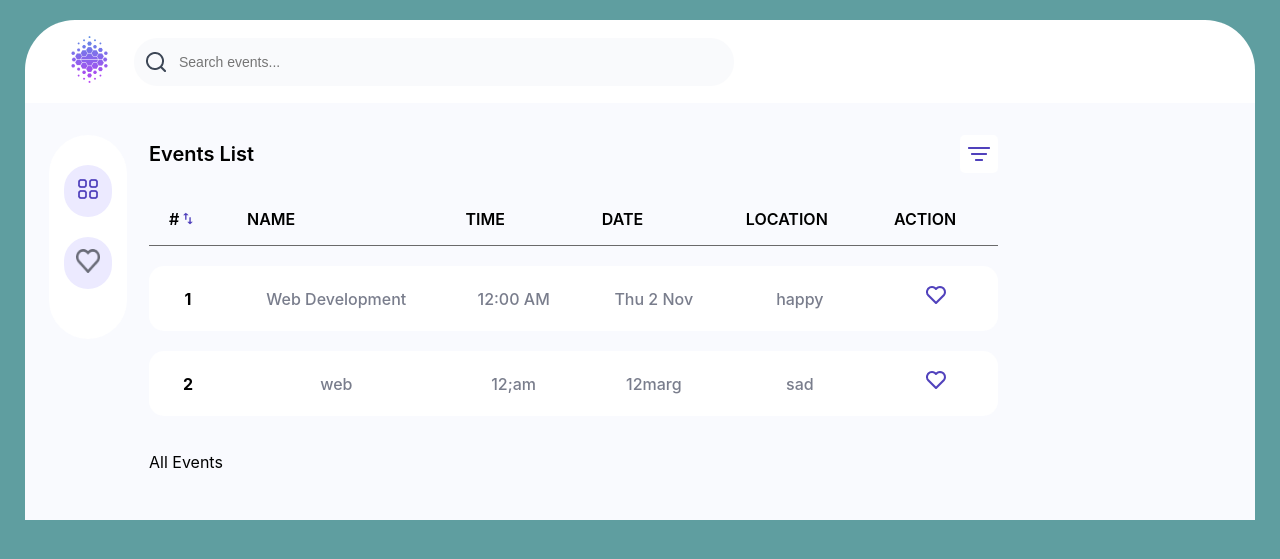
Repository: ahmadunitedsol710/react-dashboard
Page: /
The author's editor kept a copy of each file at every save. The page is drawn from the files as they stood at one save, then again after a run of saves.
The browser window is 1280 px wide. The pictures show the whole page.
The project was rebuilt for these pictures with package versions that can differ from the ones it lists, and the page was loaded fresh each time.

Above is the page before, as saved 2024-07-30 11:37:02.

### src/App.js
// import {BrowserRouter as Router, Routes, Route} from 'react-router-dom';
import Header from './Components/Header/index';
import Events from './Components/Body/events'
import './App.css';

function App() {
  return (
    <div className="App container">
    {/* <Router>
      <Routes>
          <Route path="/" exact element={<Header/>}/>
      </Routes>
    </Router> */}
    <Header/>
    <Events/>
    </div>
  );
}

export default App;

### src/Components/Header/index.js
import '../../App.css';
import logo from '../../Images/logo.png'

const Index = () => {

    return (
        <>
            <div className="header">
                <div className="logo">
                    <img src={logo} alt="logo" />
                </div>
                <div className="search_box">
                    <input type="search"  name="search" placeholder='Search events...' className='srch'/>
                </div>
            </div>
        </>
    )
}

export default Index;

### src/Components/Body/events.js
import '../../App.css';
import Sidebar from './sidebar';
import List from './eventlist';

const Index = () => {

    return (
        <>
            <div className="events">
             <Sidebar/>
             <List/>
            </div>
        </>
    )
}

export default Index;

### src/App.css
body {
  background-color: cadetblue;
}

.container {
  max-width: 1440px;
  margin: 20px auto;
  padding: 0 25px;
  box-sizing: border-box;
}

.App-logo {
  height: 40vmin;
  pointer-events: none;
}

@media (prefers-reduced-motion: no-preference) {
  .App-logo {
    animation: App-logo-spin infinite 20s linear;
  }
}

.App-header {
  background-color: #282c34;
  min-height: 100vh;
  display: flex;
  flex-direction: column;
  align-items: center;
  justify-content: center;
  font-size: calc(10px + 2vmin);
  color: white;
}

.App-link {
  color: #61dafb;
}

@keyframes App-logo-spin {
  from {
    transform: rotate(0deg);
  }
  to {
    transform: rotate(360deg);
  }
}


/* Header */
.header { display: flex; justify-content: center; align-items: center; gap: 20px; background-color: #ffffff; padding: 15px 40px; border-radius: 50px 50px 0 0; }

.header .search_box { position: relative; width: 100%; }

.header .search_box .srch { background-image: url(./Images/Search.png); background-repeat: no-repeat; background-color: #F9FAFC; background-position: 10px center; border: none; padding: 13px 45px; width: 600px; border-radius: 50px; font-size: 14px; font-weight: 400; color: #3D4756; line-height: 22px; }


/* Events */
.events {
  background-color: #f9fafe;
  padding: 32px 24px;
  box-sizing: border-box;
  display: flex;
  gap: 22px;
  align-items: flex-start;
}

/* Sidebar */
.sidebar {
  display: flex;
  flex-direction: column;
  background-color: #ffffff;
  width: max-content;
  padding: 30px 15px;
  box-sizing: border-box;
  border-radius: 40px;
}

.image {
  background-color: #ECEAFF;
  margin-bottom: 20px;
  border-radius: 25px;
}

.sidebar_img {
  width: 24px;
  height: 24px;
  padding: 12px;
}

/* Event list */
.main {
  display: flex;
  justify-content: space-between;
  align-items: center;
}

.main .heading {
  font-size: 20px;
  font-weight: 600;
  line-height: 30px;
  margin: 0;
}

.main .filter {
  background-color: #ffffff;
  padding: 5px;
  border-radius: 5px;
  box-sizing: border-box;
}

table {
  border-collapse: separate;
  border-spacing: 0 20px;
  width: 849px;
}

th {
  text-align: left;
  font-size: 16px;
  font-weight: 600;
  line-height: 22px;
  padding: 15px 20px;
  box-sizing: border-box;
  border-bottom: 1px solid #6a6a6a;
}

.index {
  font-size: 16px;
  font-weight: bolder;
  line-height: 24px;
}

.body_row td {
  background-color: #ffffff;
  padding: 20px;
  text-align: center;
}

.body_row td:first-child {
  border-radius: 15px 0 0 15px;
}

.body_row td:last-child {
  border-radius: 0 15px 15px 0;
}

.body_row .details {
  font-size: 16px;
  font-weight: 500;
  line-height: 24px;
  color: #797d8c;
}

### src/Components/Body/sidebar.js
import '../../App.css';
import grid from '../../Images/grid.png';
import favourite from '../../Images/fav.png'

const sidebar = () => {

    return (
        <>
            <div className="sidebar">
                <div className="image">
                    <img src={grid} alt="grid" className='sidebar_img'/>
                </div>
                <div className="image">
                    <img src={favourite} alt="favourite" className='sidebar_img'/>
                </div>
            </div>
        </>
    )
}

export default sidebar;

### src/Components/Body/eventlist.js
import '../../App.css';
import swap from '../../Images/swap.png';
import emptyfav from '../../Images/empty_fav.png'
import fillfav from '../../Images/fill_fav.png'
import filter from '../../Images/filter.png'

const Eventlist = () => {
       const tabledata = [


    {id:1,name:"Web Development",time:'12:00 AM',date:"Thu 2 Nov",location:"happy"},
    {id:2,name:"web",time:'12;am',date:"12marg",location:"sad"}
       ]
    return (
        <>
            <div className="event_details">
                <div className="evenlist">
                    <div className="main">
                        <h2 className='heading'>Events List</h2>
                        <img src={filter} alt="filter" className='filter' />
                    </div>
                    <table className="table">
                        <thead className='table_head'>
                            <tr>
                                <th># <img src={swap} alt="swap" /> </th>
                                <th>NAME</th>
                                <th>TIME</th>
                                <th>DATE</th>
                                <th>LOCATION</th>
                                <th>ACTION</th>
                            </tr>
                        </thead>
                        <tbody>
                            {tabledata.map((data)=>(
                                <tr className='body_row'>
                                <td className='index' data-label="index">{data.id}</td>
                                <td className='details' data-label="name">{data.name}</td>
                                <td className='details' data-label="time">{data.time}</td>
                                <td className='details' data-label="date">{data.date}</td>
                                <td className='details' data-label="location">{data.location}</td>
                                <td className='details' data-label="location"> <img src={emptyfav} alt="emptyfav" /> </td>
                            </tr>
                            ))}
                        </tbody>
                    </table>
                </div>

                <div className="cards">
                    <div className="all_events">
                        <p className='title'>All Events</p>

                    </div>
                    <div className="this_month"></div>
                    <div className="fav_events"></div>
                </div>
            </div>
        </>
    )
}

export default Eventlist;

Loaded but not shown: public/index.html (common file); src/index.js (common file); src/index.css (common file); src/reportWebVitals.js (common file)

After the next 2 saves:
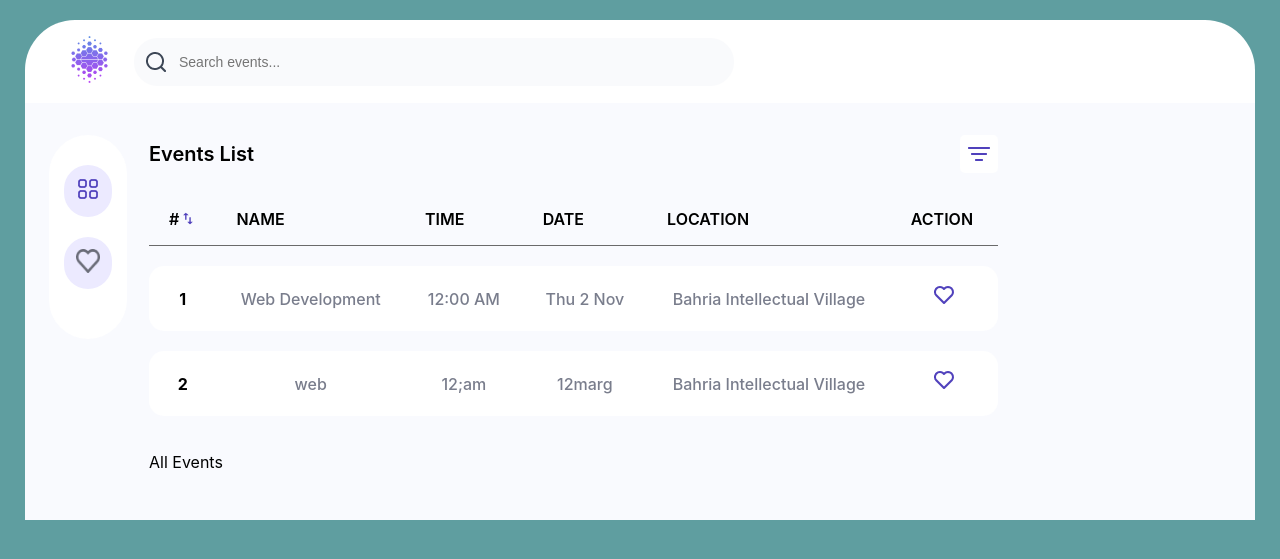
The 2 saves are shown as one change because they came seconds apart.
The last was saved 8 s later.
--- a/src/Components/Body/eventlist.js
+++ b/src/Components/Body/eventlist.js
@@ -8,8 +8,8 @@ const Eventlist = () => {
        const tabledata = [
 
 
-    {id:1,name:"Web Development",time:'12:00 AM',date:"Thu 2 Nov",location:"happy"},
-    {id:2,name:"web",time:'12;am',date:"12marg",location:"sad"}
+    {id:1,name:"Web Development",time:'12:00 AM',date:"Thu 2 Nov",location:"Bahria Intellectual Village"},
+    {id:2,name:"web",time:'12;am',date:"12marg",location:"Bahria Intellectual Village"}
        ]
     return (
         <>
